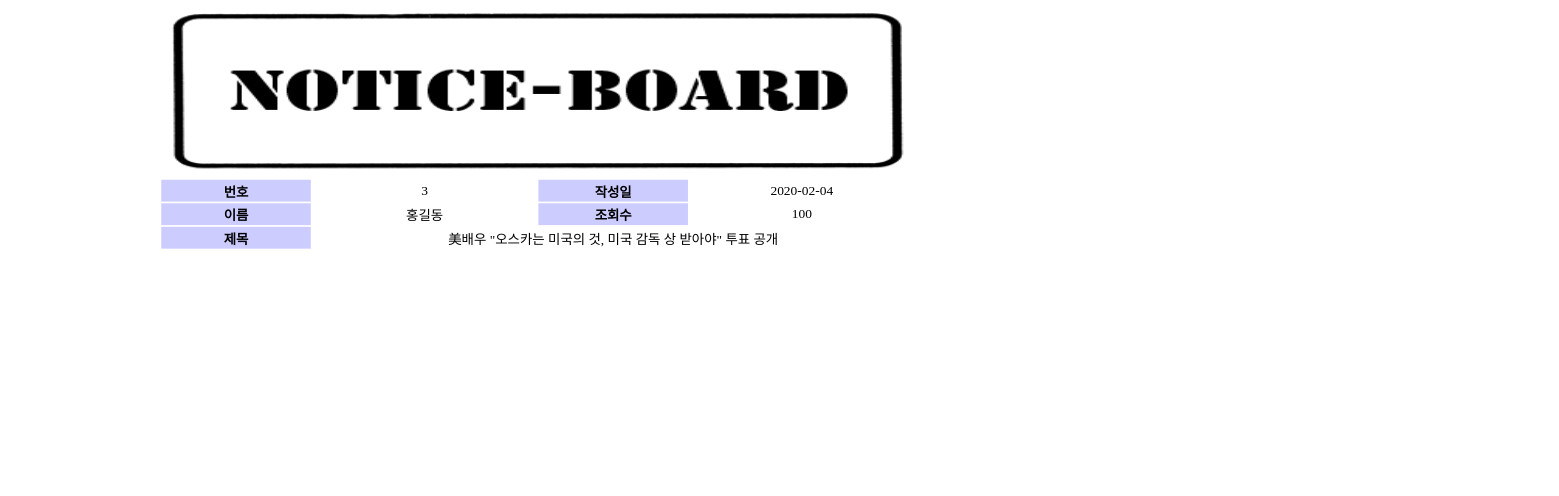
Repository: Rummikub/DBStudy
Page: HTML Project3/WebContent/html/detail.html
These files come from the project's save history. The page is drawn as it stood at one moment and after the next save; the edit follows.
The browser window is 1280 px wide. The page is 1280 px wide, then 1856 px, so the pictures cover 1856 px, including what lies to the right of the window. The pictures show the whole page, at 84% of full size.

Above is the page before, as saved 2020-02-05 07:11:26.

After the next save:
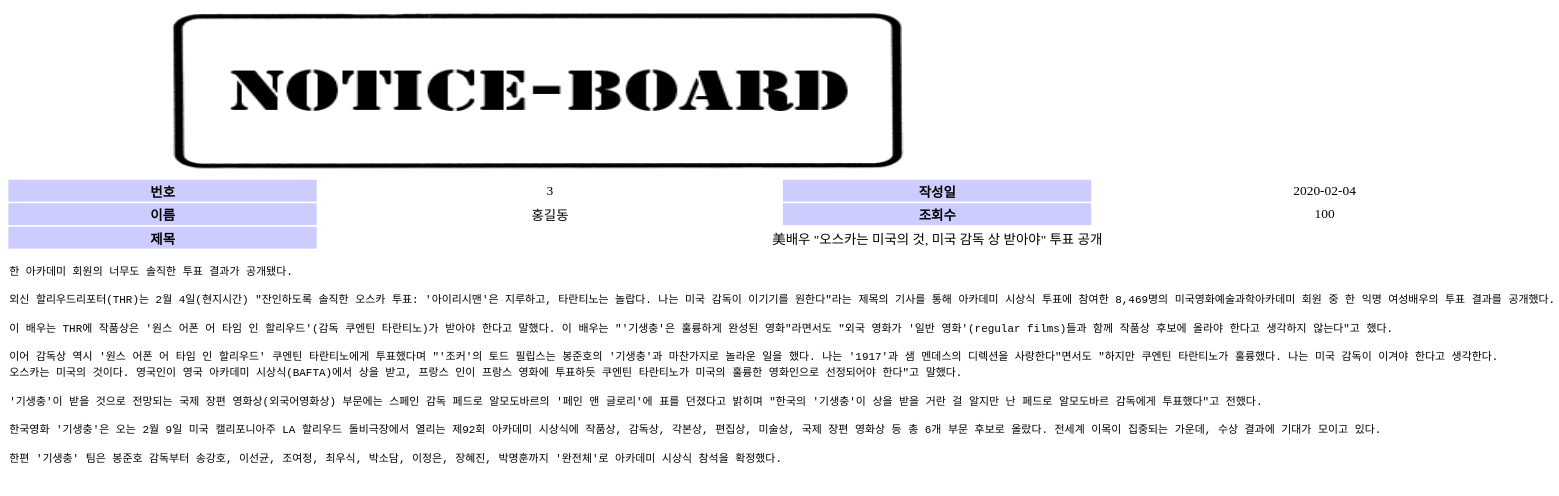
Saved 2 min 14 s later.
--- a/HTML Project3/WebContent/html/detail.html
+++ b/HTML Project3/WebContent/html/detail.html
@@ -25,9 +25,20 @@
 		 <td colspan="3" align="center">美배우 "오스카는 미국의 것, 미국 감독 상 받아야" 투표 공개</td>
 		</tr>
 		<tr>
-		 <td colspan="4" align="left" valign="top" height="200">
+		 <td colspan="4" align="left" valign="top" height="200"><pre>한 아카데미 회원의 너무도 솔직한 투표 결과가 공개됐다.
 
-		 </td>
+외신 할리우드리포터(THR)는 2월 4일(현지시간) "잔인하도록 솔직한 오스카 투표: '아이리시맨'은 지루하고, 타란티노는 놀랍다. 나는 미국 감독이 이기기를 원한다"라는 제목의 기사를 통해 아카데미 시상식 투표에 참여한 8,469명의 미국영화예술과학아카데미 회원 중 한 익명 여성배우의 투표 결과를 공개했다.
+
+이 배우는 THR에 작품상은 '원스 어폰 어 타임 인 할리우드'(감독 쿠엔틴 타란티노)가 받아야 한다고 말했다. 이 배우는 "'기생충'은 훌륭하게 완성된 영화"라면서도 "외국 영화가 '일반 영화'(regular films)들과 함께 작품상 후보에 올라야 한다고 생각하지 않는다"고 했다.
+
+이어 감독상 역시 '원스 어폰 어 타임 인 할리우드' 쿠엔틴 타란티노에게 투표했다며 "'조커'의 토드 필립스는 봉준호의 '기생충'과 마찬가지로 놀라운 일을 했다. 나는 '1917'과 샘 멘데스의 디렉션을 사랑한다"면서도 "하지만 쿠엔틴 타란티노가 훌륭했다. 나는 미국 감독이 이겨야 한다고 생각한다.
+오스카는 미국의 것이다. 영국인이 영국 아카데미 시상식(BAFTA)에서 상을 받고, 프랑스 인이 프랑스 영화에 투표하듯 쿠엔틴 타란티노가 미국의 훌륭한 영화인으로 선정되어야 한다"고 말했다.
+
+'기생충'이 받을 것으로 전망되는 국제 장편 영화상(외국어영화상) 부문에는 스페인 감독 페드로 알모도바르의 '페인 앤 글로리'에 표를 던졌다고 밝히며 "한국의 '기생충'이 상을 받을 거란 걸 알지만 난 페드로 알모도바르 감독에게 투표했다"고 전했다.
+
+한국영화 '기생충'은 오는 2월 9일 미국 캘리포니아주 LA 할리우드 돌비극장에서 열리는 제92회 아카데미 시상식에 작품상, 감독상, 각본상, 편집상, 미술상, 국제 장편 영화상 등 총 6개 부문 후보로 올랐다. 전세계 이목이 집중되는 가운데, 수상 결과에 기대가 모이고 있다.
+
+한편 '기생충' 팀은 봉준호 감독부터 송강호, 이선균, 조여정, 최우식, 박소담, 이정은, 장혜진, 박명훈까지 '완전체'로 아카데미 시상식 참석을 확정했다.</pre></td>
 		</tr>
 	</table>
 	</center>
